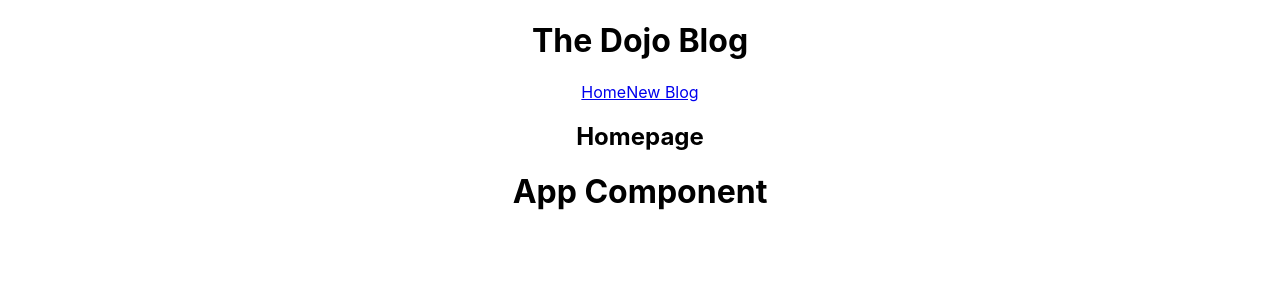
Repository: DESTINYAS/Reactjs
Page: /
The author's editor kept a copy of each file at every save. The page is drawn from the files as they stood at one save, then again after the next save.
The browser window is 1280 px wide. The pictures show the whole page.
The project was rebuilt for these pictures with package versions that can differ from the ones it lists, and the page was loaded fresh each time.

Above is the page before, as saved 2022-11-27 22:51:00.

After the next save:
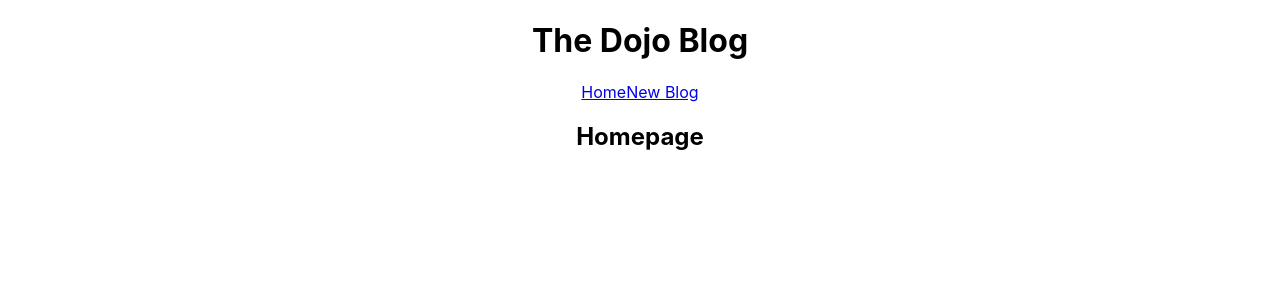
Saved 34 s later.
--- a/src/App.js
+++ b/src/App.js
@@ -8,7 +8,6 @@ function App() {
       <div className="content">
         <Navbar />
         <Home />
-        <h1>App Component</h1>
       </div>
     </div>
   );
